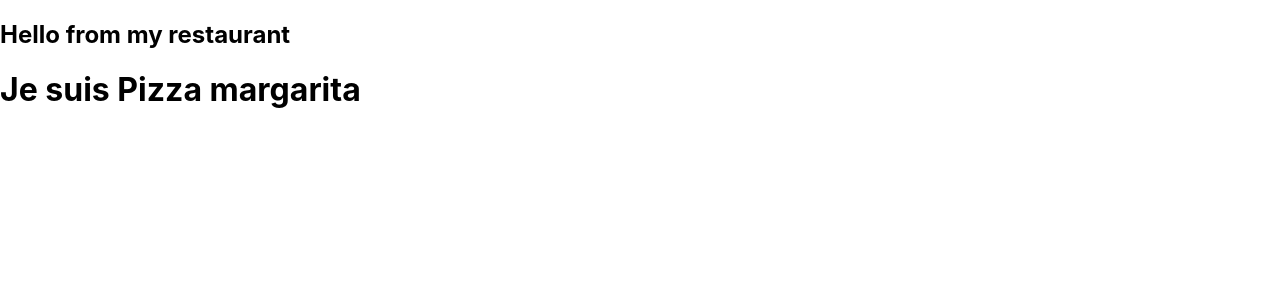
Repository: FS-23/my-restaurant
Page: /
The author's editor kept a copy of each file at every save. The page is drawn from the files as they stood at one save, then again after the next save.
The browser window is 1280 px wide. The pictures show the whole page.
The project was rebuilt for these pictures with package versions that can differ from the ones it lists, and the page was loaded fresh each time.

Above is the page before, as saved 2022-04-29 12:36:25.

After the next save:
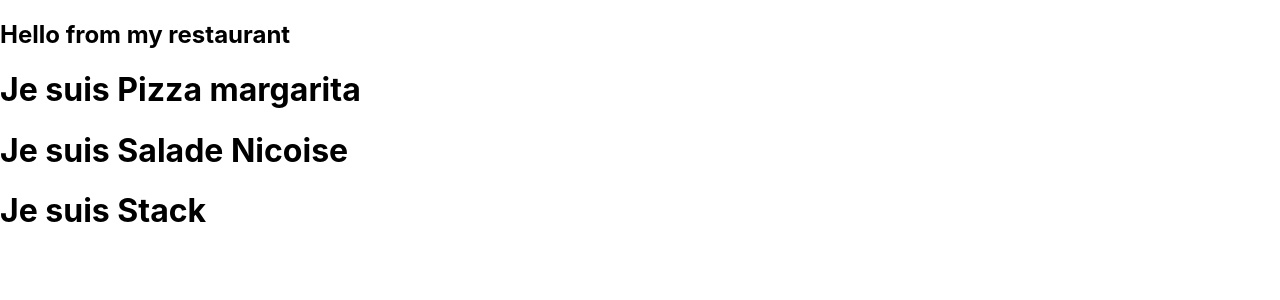
Saved 54 s later.
--- a/src/App.js
+++ b/src/App.js
@@ -4,6 +4,8 @@ function App() {
     <div className="App">
         <h2>Hello from my restaurant</h2>
         <Plat name="Pizza margarita"/>
+        <Plat name="Salade Nicoise"/>
+        <Plat name="Stack"/>
     </div>
   );
 }
